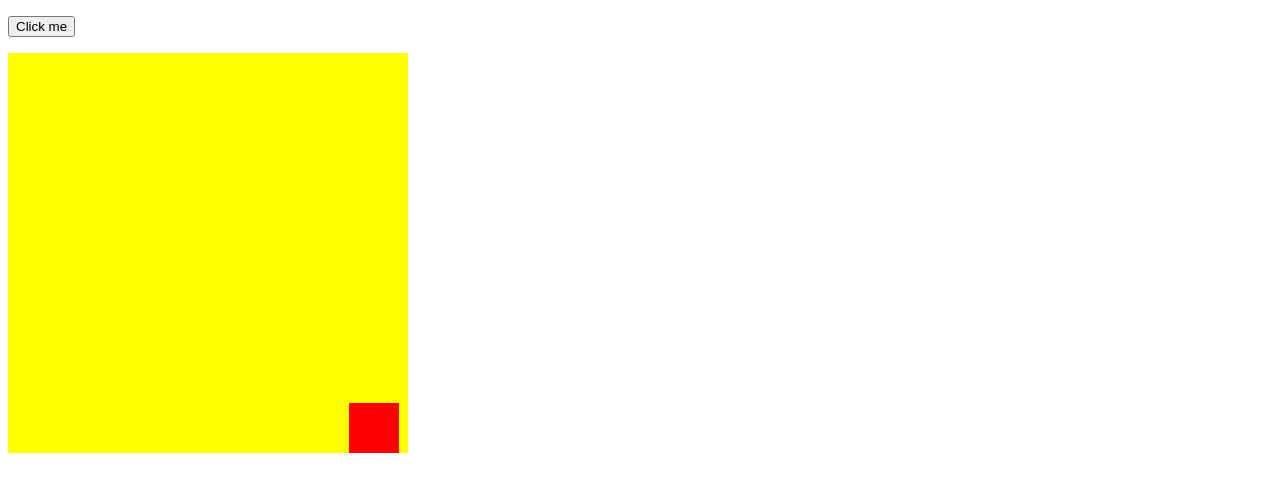
Repository: khanhbinh87/learnJs
Page: customSelect/index.html
The author's editor kept a copy of each file at every save. The page is drawn from the files as they stood at one save, then again after a run of saves.
The browser window is 1280 px wide. The pictures show the whole page.
After loading, the first visible `button` was clicked once.

Above is the page before, as saved 2021-06-17 12:00:17.

### customSelect/index.html
<!DOCTYPE html>
<html lang="en">
<head>
    <meta charset="UTF-8">
    <meta name="viewport" content="width=device-width, initial-scale=1.0">
    <title>Document</title>
    <style>
        #container {
            width: 400px;
            height: 400px;
            position: relative;
            background: yellow;
        }
        #animate {
            width: 50px;
            height: 50px;
            position: absolute;
            background-color: red;
        }
    </style>
</head>
<body>
    <p><button>Click me</button></p>
    <div id="container">
        <div id="animate"></div>
    </div>
</body>
    <script src="move.js"></script>
</html>

### customSelect/move.js
// function myMove() {
//     let id = null;
//     const elem = document.getElementById("animate");
//     let pos = 0;
//     clearInterval(id);
//     id = setInterval(frame, 5);
//     function frame() {
//       if (pos == 350) {
//         clearInterval(id);
//       } else {
//         pos++;
//         elem.style.top = pos + "px";
//         elem.style.left = pos + "px";
//       }
//     }
//   }
var buttonElement = document.querySelector('button')

var duration = 200;
var postEnd = 350;
var el = document.querySelector('#animate');
console.log(el);

    buttonElement.addEventListener('click',function(e){

        var id = setInterval(frame, 5);
        var pos = 0;
        var start =  new Date().getTime();

        function frame(){
            var end =  new Date().getTime();
            if(end - start >= duration){
                el.style.top= postEnd + 'px'
                el.style.top= postEnd + 'px'
                clearInterval(id)
            }
            else{
                var time = end - start;
                var percent = time /duration;

                pos = 350  * percent;

                el.style.top = pos + 'px';
                el.style.left = pos + 'px';


            }

        }


})

After the next 2 saves:
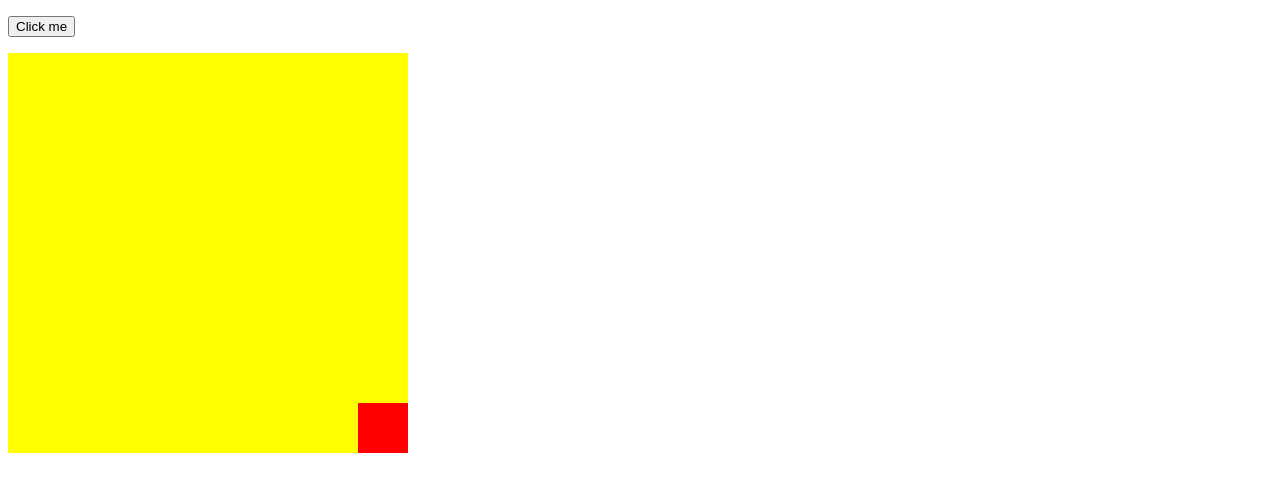
The 2 saves are shown as one change because they came seconds apart.
The last was saved 6 s later.
--- a/customSelect/move.js
+++ b/customSelect/move.js
@@ -30,8 +30,9 @@ console.log(el);
         function frame(){
             var end =  new Date().getTime();
             if(end - start >= duration){
+
                 el.style.top= postEnd + 'px'
-                el.style.top= postEnd + 'px'
+                el.style.left= postEnd + 'px'
                 clearInterval(id)
             }
             else{
